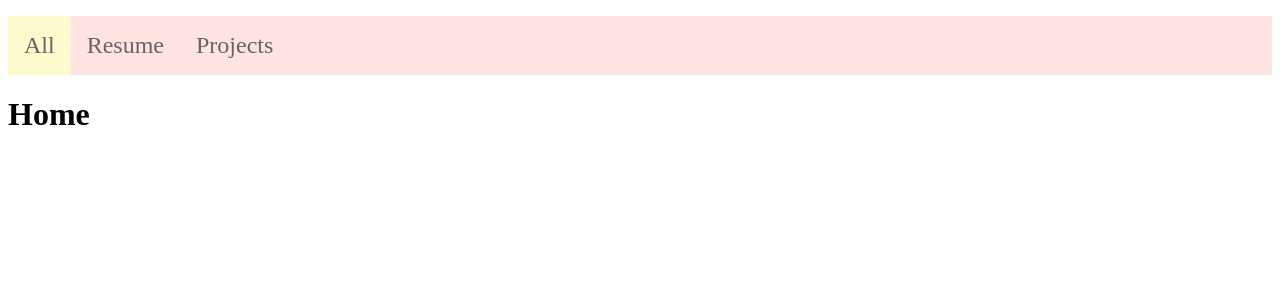
Repository: GiangNguyen2805/GiangNguyen2805.github.io
Page: index.html
The author's editor kept a record of every edit. The page is drawn from the files as they stood at one moment, then again after the next edit.
The browser window is 1280 px wide. The pictures show the whole page.

Above is the page before.

After the next edit:
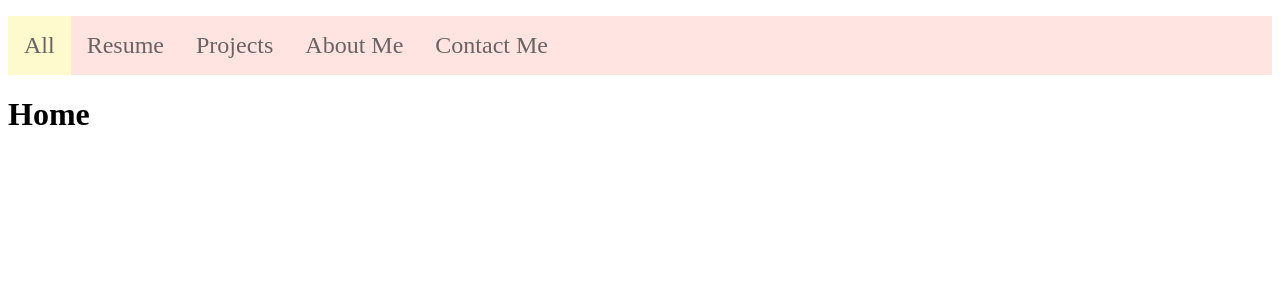
The edit:
--- a/index.html
+++ b/index.html
@@ -21,6 +21,9 @@
         <li><a href="a">Project 3</a></li>
 
     </ul>
+    <li><a href="aboutme.html">About Me</a></li>
+
+<li><a href="contact me.html">Contact Me</a></li>
 </ul>
 
     <h1>Home</h1>
